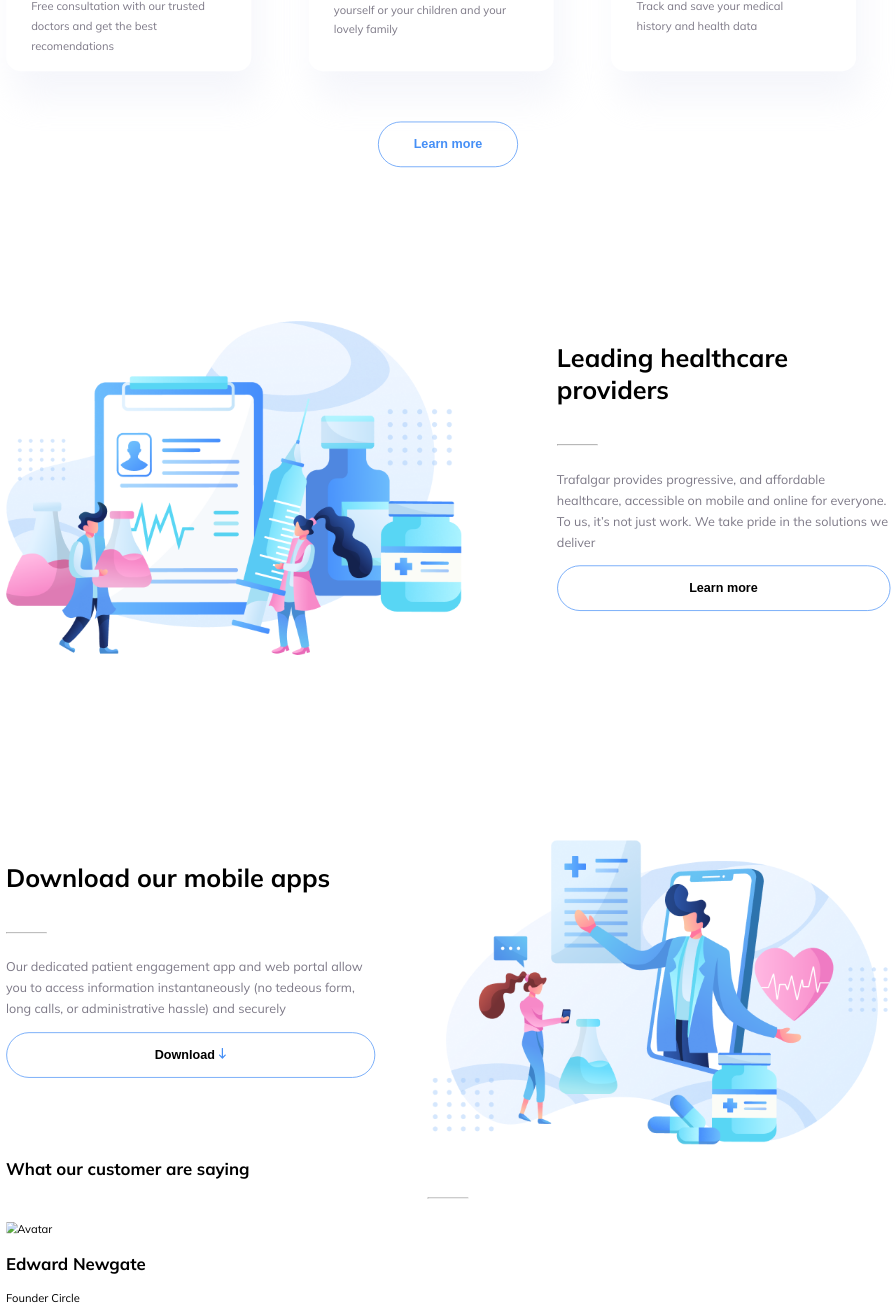
Repository: ivan-developer-01/trafalgar-layout
Page: index.html
The author's editor kept a copy of each file at every save. The page is drawn from the files as they stood at one save, then again after the next save.
The browser window is 1280 px wide. The pictures show the part of the page from y = 1744 to 3664 px (the page is 3608 px tall before and 3664 px after), at 70% of full size.

Above is the page before, as saved 2024-11-08 15:14:36.
Not found: images/reviews/avatar.png

### index.html
<!DOCTYPE html>
<html lang="en">
<head>
	<meta charset="UTF-8">
	<meta http-equiv="X-UA-Compatible" content="IE=edge">
	<meta name="viewport" content="width=device-width, initial-scale=1.0">
	<title>Trafalgar Services</title>
	<link rel="preconnect" href="https://fonts.googleapis.com">
	<link rel="preconnect" href="https://fonts.gstatic.com" crossorigin>
	<link href="https://fonts.googleapis.com/css2?family=Mulish:ital,wght@0,200;0,300;0,400;0,500;0,600;0,700;0,800;0,900;1,200;1,300;1,400;1,500;1,600;1,700;1,800;1,900&display=swap" rel="stylesheet">
	<link rel="stylesheet" href="style.css">
</head>
<body>
	<header class="header">
		<div class="container">
			<!-- left part -->
			<div>
				<div class="logo">
					<img src="images/logo.png" alt="Trafalgar Logo">
				</div>
			</div>

			<!-- right part -->
			<div>
				<nav>
					<a href="#" class="nav__link nav__link-main">Home</a>
					<a href="#" class="nav__link">Find a doctor</a>
					<a href="#" class="nav__link">Apps</a>
					<a href="#" class="nav__link">Testimonials</a>
					<a href="#" class="nav__link">About us</a>
				</nav>
			</div>
		</div>
	</header>

	<main>
		<section class="main-info">
			<div class="container">
				<!-- left part -->
				<div>
					<h1>Virtual healthcare for you</h1>

					<p>Trafalgar provides progressive, and affordable healthcare, accessible on mobile and online for everyone</p>

					<button class="button round-button bg-blue">Consult today</button>
				</div>

				<!-- right part -->
				<div>
					<img src="images/hero.png" alt="Trafalgar hero image">
				</div>
			</div>

			<div class="overlay"></div>
		</section>

		<section class="our-services">
			<div class="container">
				<h2>Our services</h2>
				<hr>

				<p>We provide to you the best choiches for you. Adjust it to your health needs and make sure your undergo treatment with our highly qualified doctors you can consult with us which type of service is suitable for your health</p>

				<div class="cards">
					<div class="card">
						<img src="images/our-services/cards/search-doctor.svg" alt="Search doctor">
						<h3>Search doctor</h3>
						<p>Choose your doctor from thousands of specialist, general, and trusted hospitals</p>
					</div>
					<div class="card">
						<img src="images/our-services/cards/online-pharmacy.svg" alt="Online pharmacy">
						<h3>Online pharmacy</h3>
						<p>Buy  your medicines with our mobile application with a simple delivery system</p>
					</div>
					<div class="card">
						<img src="images/our-services/cards/consultation.svg" alt="Consultation">
						<h3>Consultation</h3>
						<p>Free consultation with our trusted doctors and get the best recomendations</p>
					</div>
					<div class="card">
						<img src="images/our-services/cards/details-info.svg" alt="Details info">
						<h3>Details info</h3>
						<p>Free consultation with our trusted doctors and get the best recomendations</p>
					</div>
					<div class="card">
						<img src="images/our-services/cards/emergency-care.svg" alt="Emergency care">
						<h3>Emergency care</h3>
						<p>You can get 24/7 urgent care for yourself or your children and your
lovely family</p>
					</div>
					<div class="card">
						<img src="images/our-services/cards/tracking.svg" alt="Tracking">
						<h3>Tracking</h3>
						<p>Track and save your medical history and health data</p>
					</div>
				</div>

				<button class="button round-button">Learn more</button>
			</div>

			<div class="overlay"></div>
			<div class="top-overlay"></div>
		</section>

		<section class="apps">
			<div class="container">
				<div class="flex-two-blocks">
					<!-- left part -->
					<div>
						<div class="image">
							<img src="images/apps/leading-healthcare-providers.png" alt="Leading healthcare providers">
						</div>
					</div>

					<!-- right part -->
					<div>
						<h2>Leading healthcare providers</h2>
						<hr>
						<p>
							Trafalgar provides progressive, and affordable healthcare, accessible on mobile and online for everyone. To us, it’s not just work. We take pride in the solutions we deliver
						</p>

						<button class="button round-button">Learn more</button>
					</div>
				</div>

				<div class="flex-two-blocks">
					<!-- left part -->
					<div>
						<h2>Download our mobile apps</h2>
						<hr>
						<p>
							Our dedicated patient engagement app and web portal allow you to access information instantaneously (no tedeous form, long calls, or administrative hassle) and securely
						</p>

						<button class="button round-button">Download
							<img src="images/arrow-download.svg" alt="Download icon">
						</button>
					</div>

					<!-- right part -->
					<div>
						<div class="image">
							<img src="images/apps/mobile-apps.png" alt="Mobile apps">
						</div>
					</div>
				</div>
			</div>
		</section>

		<section class="reviews">
			<div class="container">
				<h2>What our customer are saying</h2>
				<hr>
				<div class="reviews">
					<div class="review">
						<div class="user">
							<img src="images/reviews/avatar.png" alt="Avatar" class="avatar">
							<div class="user-credentials">
								<h3>Edward Newgate</h3>
								<span>Founder Circle</span>
							</div>
						</div>
					</div>
				</div>
			</div>
		</section>
	</main>
</body>
</html>

### style.css
html,
body {
	width: 100vw;
	margin: 0;
	padding: 0;
	font-family: 'Mulish', sans-serif;
}

.container {
	width: 100%;
	max-width: 1263px;
	margin: 0 auto;
}

section hr {
	width: 56px;
	margin-top: 26px;
	margin-bottom: 33px;
}

h1 {
	font-size: 48px;
}

h3 {
	font-size: 24px;
}

p {
	color: #7D7987;
	margin-top: 0;
}

.button {
	/* appearance: none; */
	border: 1px solid #458FF6;
	background: transparent;
	cursor: pointer;
	font-weight: 700;
	font-size: 18px;
	padding: 21px 41px;
}

.button.round-button {
	border-radius: 999px;
}

.bg-blue {
	background-color: #458FF6;
	color: #FFF;
}

/* header */
.header {
	padding-top: 56px;
}

.header .container {
	display: flex;
	justify-content: space-between;
	align-items: center;
}

.header nav {
	display: flex;
	gap: 40px;
	font-size: 18px;
}

.header nav a {
	text-decoration: none;
	color: #8f8a9a;
}

.header .nav__link-main {
	color: #1F1534;
}
/* /header */

/* main-info */
.main-info {
	position: relative;
}

.main-info .overlay {
	position: absolute;
	top: 0;
	left: 0;
	right: 0;
	bottom: 0;
	background-image: url(images/main-info-overlay.png);
	background-repeat: no-repeat;
	z-index: -1;
}

.main-info .container {
	display: flex;
	justify-content: space-between;
	align-items: center;
	gap: 109px;
}

.main-info p {
	font-size: 21px;
	line-height: 32px;
	margin-top: 25px;
	margin-bottom: 45px;
}
/* /main-info */

/* our-services */
.our-services {
	margin-top: 190px;
	position: relative;
}

.our-services .overlay,
.our-services .top-overlay {
	position: absolute;
	right: 0;
	bottom: 0;
	left: 0;
	background-repeat: no-repeat;
	z-index: -1;
	pointer-events: none;
}

.our-services .overlay {
	top: calc(20% - 44px);
	background-image: url(images/our-services/our-services-overlay.svg);
}

.our-services .top-overlay {
	top: 46%;
	left: 76%;
	background-image: url(images/our-services/our-services-top-overlay.svg);
}

.our-services .container {
	text-align: center;
}

.our-services p {
	max-width: 952px;
	margin: 0 auto;
}

.our-services .cards {
	display: grid;
	grid-template-columns: repeat(3, 1fr);
	gap: 34px;
	margin-top: 80px;
	position: relative;
	background: transparent;
}

.our-services .cards .card {
	box-shadow: 10px 40px 50px 0px #E5E9F666;
	/* top right bottom left */
	width: calc(350px - 52px - 36px);
	height: calc(354px - 58px - 47px);
	border-radius: 20px;
	padding: 58px 52px 47px 36px;
	text-align: left;
	background: #FFF;
	z-index: 1;
}

.our-services .cards .card p {
	font-size: 16px;
	line-height: 28px;
}

.our-services .cards .card h3 {
	margin-top: 36.25px;
}

.our-services .button {
	margin-top: 72px;
	color: #458FF6;
	border-width: 1.4px;
	min-width: 200px;
}
/* /our-services */

/* apps */
.apps {
	margin-top: 220px;
}

.apps .container {
	display: grid;
	gap: 265px;
}

.apps .flex-two-blocks {
	display: flex;
}

.apps .flex-two-blocks div {
	display: flex;
	flex-direction: column;
}

.apps .flex-two-blocks h2 {
	font-size: 36px;
}

.apps .flex-two-blocks hr {
	text-align: left;
	width: 56px;
	margin-left: 0;
	margin-right: 0;
}

.apps .flex-two-blocks p {
	font-size: 18px;
	line-height: 30px;
}

.apps .flex-two-blocks:first-child {
	gap: 137px;
}

.apps .flex-two-blocks:last-child {
	gap: 71px;
}
/* /apps */

After the next save:
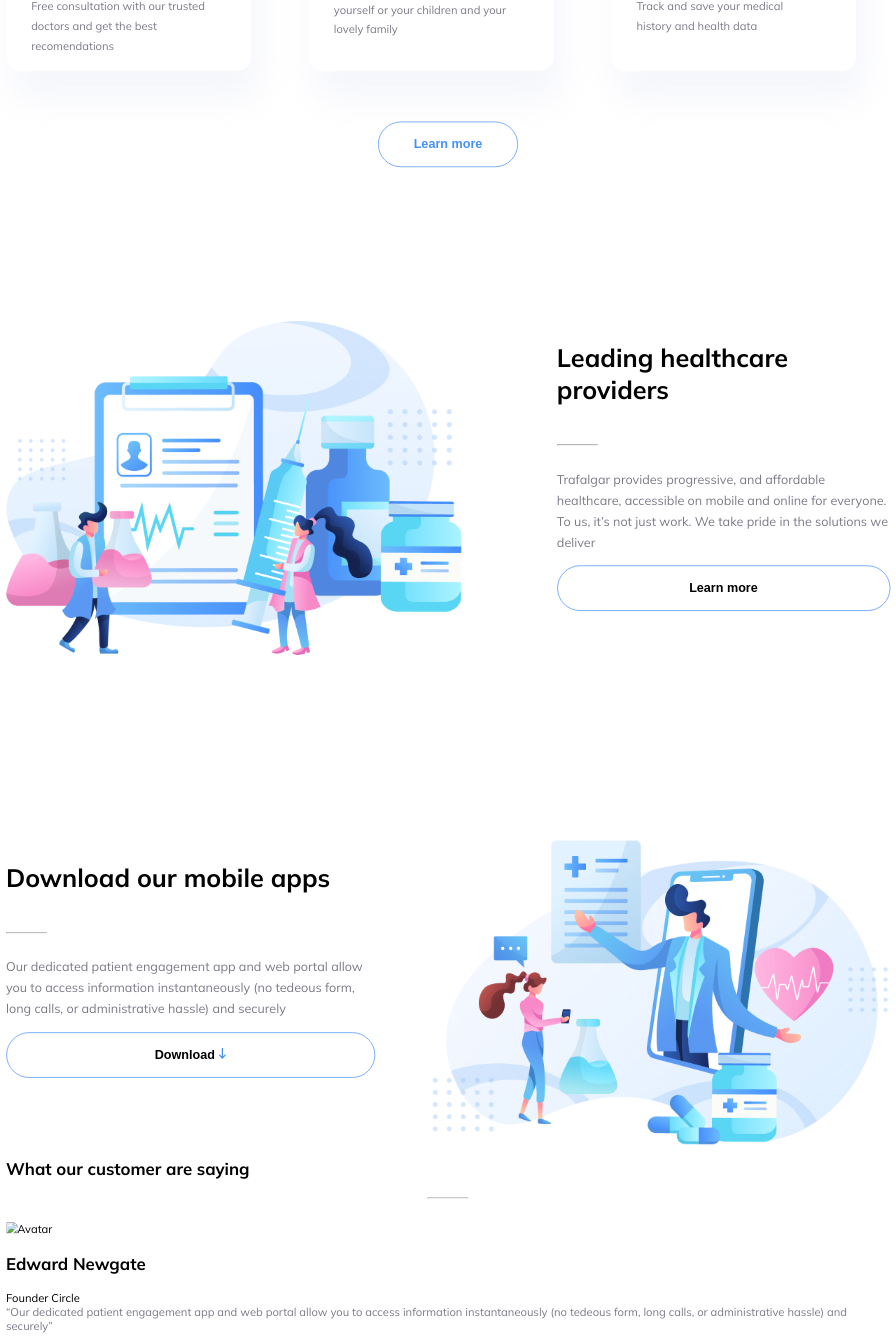
Saved 22 s later.
--- a/index.html
+++ b/index.html
@@ -161,6 +161,12 @@ lovely family</p>
 								<span>Founder Circle</span>
 							</div>
 						</div>
+
+						<div class="review-text">
+							<p>
+								“Our dedicated patient engagement app and web portal allow you to access information instantaneously (no tedeous form, long calls, or administrative hassle) and securely”
+							</p>
+						</div>
 					</div>
 				</div>
 			</div>
